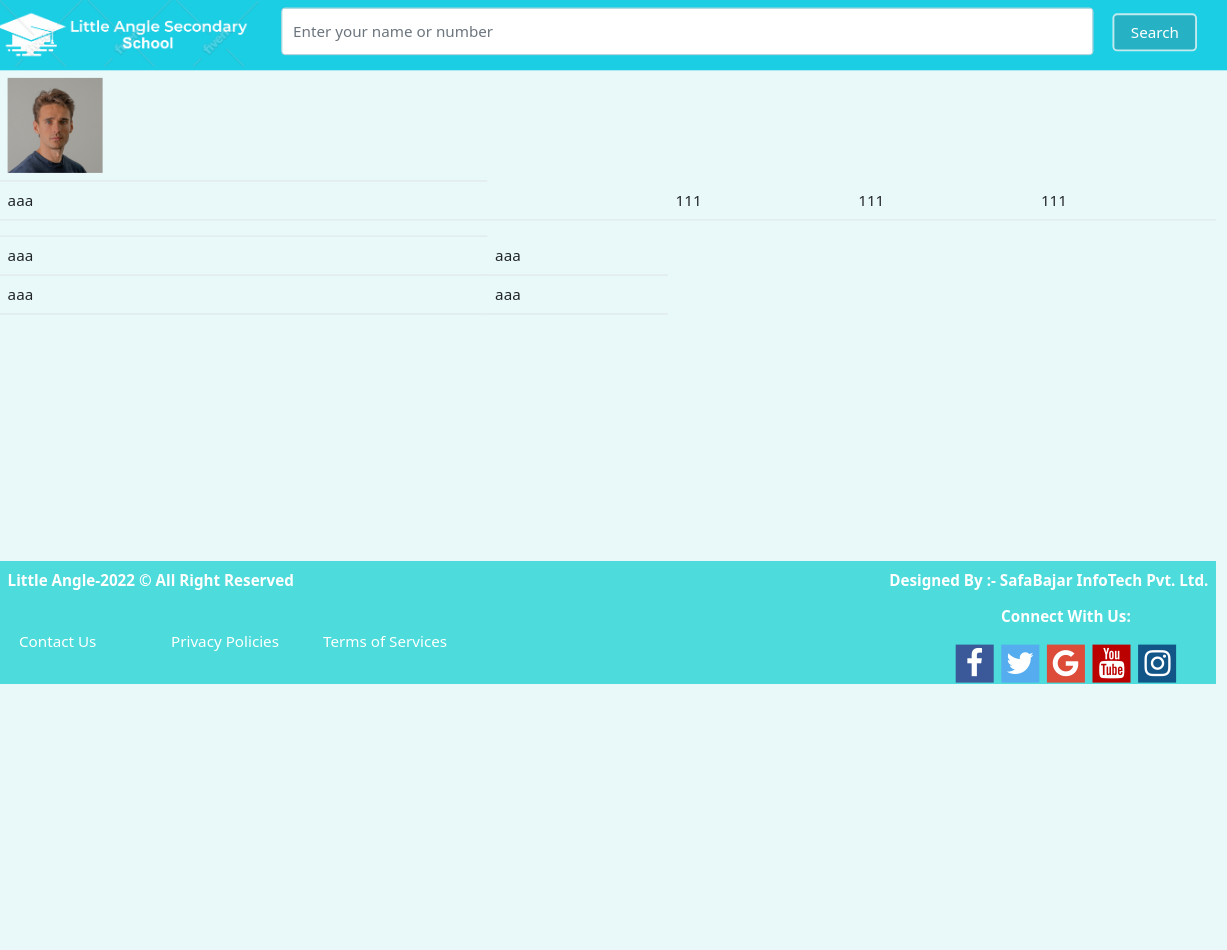
Repository: Sjuicyy/School-Project
Page: profilesview.html
An editor plug-in stored every save of this project. The page is shown before and after a run of saves, followed by the edit.
The browser window is 1280 px wide. The page is 1292 px wide, so the pictures cover 1292 px, including what lies to the right of the window. The pictures show the whole page, at 95% of full size.

Above is the page before, as saved 2022-09-22 11:50:36.

### profilesview.html
<!doctype html>
<html lang="en">

<head>
    <!-- Required meta tags -->
    <meta charset="utf-8">
    <meta name="viewport" content="width=device-width, initial-scale=1">

    <!-- Bootstrap CSS -->
    <link href="https://cdn.jsdelivr.net/npm/bootstrap@5.0.2/dist/css/bootstrap.min.css" rel="stylesheet"
        integrity="sha384-EVSTQN3/azprG1Anm3QDgpJLIm9Nao0Yz1ztcQTwFspd3yD65VohhpuuCOmLASjC" crossorigin="anonymous">

    <link rel="stylesheet" href="https://cdnjs.cloudflare.com/ajax/libs/font-awesome/4.7.0/css/font-awesome.min.css">


    <style>
        body {
            height: 1000px;
        }

        .navcol {
            background-color: rgb(28, 206, 228);
        }

        .row0 div {
            width: auto;
            display: flex;
        }

        .img {
            height: 70px;
            width: 100%;
        }

        .form-control {
            height: 50px;
        }


        .btn1 {
            background-color: rgb(38, 178, 196);
            color: white;
            height: 40px;
            width: 100px;
            margin: 20px;
            margin-top: 14px;
            border: 2px solid rgba(255, 255, 255, 0.715);
            border-radius: 5px;
        }

        .btn1:hover {
            background-color: rgba(0, 225, 255, 0);
            border: 2px solid white;
            outline: none;
        }

        .btn1:active {
            color: rgba(255, 255, 255, 0.667);
            border: 2px solid rgba(255, 255, 255, 0.533);
        }

        .footer {
            background-color: rgb(77, 219, 219);
            position: fixed;
            width: 100%;
            overflow: AUTO;
            color: rgb(255, 255, 255);
            bottom: 0;
        }

        .footer::-webkit-scrollbar {
            display: none;
        }


        .fb {

            width: 160px
        }

        .fa1 {
            font-size: xx-large;
            padding: 4px;
            margin: 2px;
            width: 40px;
            text-decoration: none;
        }

        .fa-facebook {
            background: #3B5998;
            color: white;
        }

        .fa-twitter {
            background: #55ACEE;
            color: white;
        }

        .fa-google {
            background: #dd4b39;
            color: white;
        }

        .fa-youtube {
            background: #bb0000;
            color: white;
        }

        .fa-instagram {
            background: #125688;
            color: white;
        }

        .red {
            border: 1px solid rgb(219, 77, 77);
        }

        .green {
            border: 1px solid rgb(2, 183, 255);
        }

        .yello {
            border: 1px solid rgb(193, 255, 6);
        }

        .btn2 {
            background-color: rgb(77, 219, 219);
            width: 400px;
        }

        .color {
            color: rgb(28, 206, 228);
        }

        .a {
            text-decoration: none;
            color: rgb(77, 219, 219);
        }

        .loginopt {
            background-color: rgb(255, 255, 255);
            color: rgb(28, 206, 228);
            border: 2px solid;
            width: 43px;
            border-radius: 100px;
            margin: 10px;
        }

        .loginopt:hover {
            color: #0c91f7;
        }

        .btn2:hover {
            background-color: #2a8bd0;
        }
    </style>
    <title>Little Angle School</title>
</head>

<body style="background-color:#99e6e335 ;>
    <!-- heading start -->
    <div class=" container-fluid text-center">
    <div class="row row0 navcol">
        <div class="col-3">
            <a href="pages.html">
                <img class="img" src="./school.png" alt="">
            </a>
        </div>
        <div class="col">
            <input class="form-control mt-2 " type="search" placeholder="Enter your name or number "
                aria-label="Search">
            <button class="btn1" type="submit">Search</button>
            </form>
        </div>
    </div>
    </div>
    <!-- heading end -->



    <!-- profile view body  -->




    <!-- <div class="container mt-4 w-75" style="border: 3px solid #0c91f7;">
        <div class="m-1">


        <div class="row">
            <div class="col-auto  ">
                <img src=" ./profile pic.jpg" width="100px" alt="">
            </div>
            <div class="col " style="">
                <div class="row mt-3 m-auto">
                    <div class="col-auto m-auto w-50 "><b>Name: </b>Shyam Joshi</div>
                    <div class="col-auto m-auto w-50 "><b> Email: </b>Sjuicyy@gmail.com</div>
                </div>
                <div class="row mt-3 m-auto">
                    <div class="col-auto m-auto w-50 "><B>DoB: </B>2055/04/31</div>
                    <div class="col-auto m-auto w-50 "><b>Mobile</b>: +977-9867867202</div>
                </div>
            </div>
            <div class="col-auto " style="overflow:hidden; width:100px">
                <div class="col mt-3 ">
                    <div class="btn btn-primary btn-sm  w-100">view</div>
                </div>
                <div class="col  mt-2">
                    <div class="btn btn-primary btn-sm  w-100">Edit</div>
                </div>
            </div>
        </div>

    </div>
    </div> -->



    <!-- // profile view body  -->





    <!-- another responsive table start -->










    <div class="table-responsive  text-nowrap">
        <table class="table table-hover ">
            <tbody class="table-border-bottom-0">
                <tr class="text-nowrap">
                    <td >
                        <img src="./profile pic.jpg" width="100px" alt="">
                        <tr>
                            <td colspan="2">aaa</td>
                            <td>111</td>
                            <td>111</td>
                            <td>111</td>
                        </tr>
                    </td>
                </tr>
                    <td>
                        <tr>
                            <td>aaa</td>
                            <td>aaa</td>

                        </tr>
                        <tr>
                            <td>aaa</td>
                            <td>aaa</td>
                        </tr>
                    </td>



                </tr>
            </tbody>
        </table>
    </div>
    <!-- another responsive table end -->








    <!-- footer start -->


    <div class="footer">
        <div class="row ">
            <div class="col mx-2 mt-2" style="text-align:left"> <b>Little Angle-2022 © All Right Reserved</b> </div>
            <div class="col mx-2 mt-2" style="text-align:right">
                <p> <b>Designed By :- SafaBajar InfoTech Pvt. Ltd.</b> </p>
            </div>
        </div>
        <div class="row mx-2">
            <div class="col-2  fb" style="text-align:left;margin-top:25px">Contact Us</div>
            <div class="col-2  fb" style="text-align:left;margin-top:25px">Privacy Policies</div>
            <div class="col-2  fb" style="text-align:left;margin-top:25px">Terms of Services</div>
            <div class="col  fb" style="text-align:left"></div>
            <div class="col-6 fb mt-2" style="text-align:center;width:300px">
                <p style="margin-top: -10px;"> <b>Connect With Us:</b> </p>
                <a href="https://www.facebook.com/search/top?q=safabazar%20private%20limited" class="fa fa1 fa-facebook"
                    style="text-align:center;margin-top:-10px"></a>
                <a href="#" class="fa fa1 fa-twitter"></a>
                <a href="#" class="fa fa1 fa-google"></a>
                <a href="#" class="fa fa1 fa-youtube"></a>
                <a href="#" class="fa fa1 fa-instagram"></a>
            </div>
        </div>

    </div>

    </div>

    </div>












    <!-- Optional JavaScript; choose one of the two! -->

    <!-- Option 1: Bootstrap Bundle with Popper -->
    <script src="https://cdn.jsdelivr.net/npm/bootstrap@5.0.2/dist/js/bootstrap.bundle.min.js"
        integrity="sha384-MrcW6ZMFYlzcLA8Nl+NtUVF0sA7MsXsP1UyJoMp4YLEuNSfAP+JcXn/tWtIaxVXM"
        crossorigin="anonymous"></script>

    <!-- Option 2: Separate Popper and Bootstrap JS -->
    <!--
    <script src="https://cdn.jsdelivr.net/npm/@popperjs/core@2.9.2/dist/umd/popper.min.js" integrity="sha384-IQsoLXl5PILFhosVNubq5LC7Qb9DXgDA9i+tQ8Zj3iwWAwPtgFTxbJ8NT4GN1R8p" crossorigin="anonymous"></script>
    <script src="https://cdn.jsdelivr.net/npm/bootstrap@5.0.2/dist/js/bootstrap.min.js" integrity="sha384-cVKIPhGWiC2Al4u+LWgxfKTRIcfu0JTxR+EQDz/bgldoEyl4H0zUF0QKbrJ0EcQF" crossorigin="anonymous"></script>
    -->
</body>

</html>

After the next 2 saves:
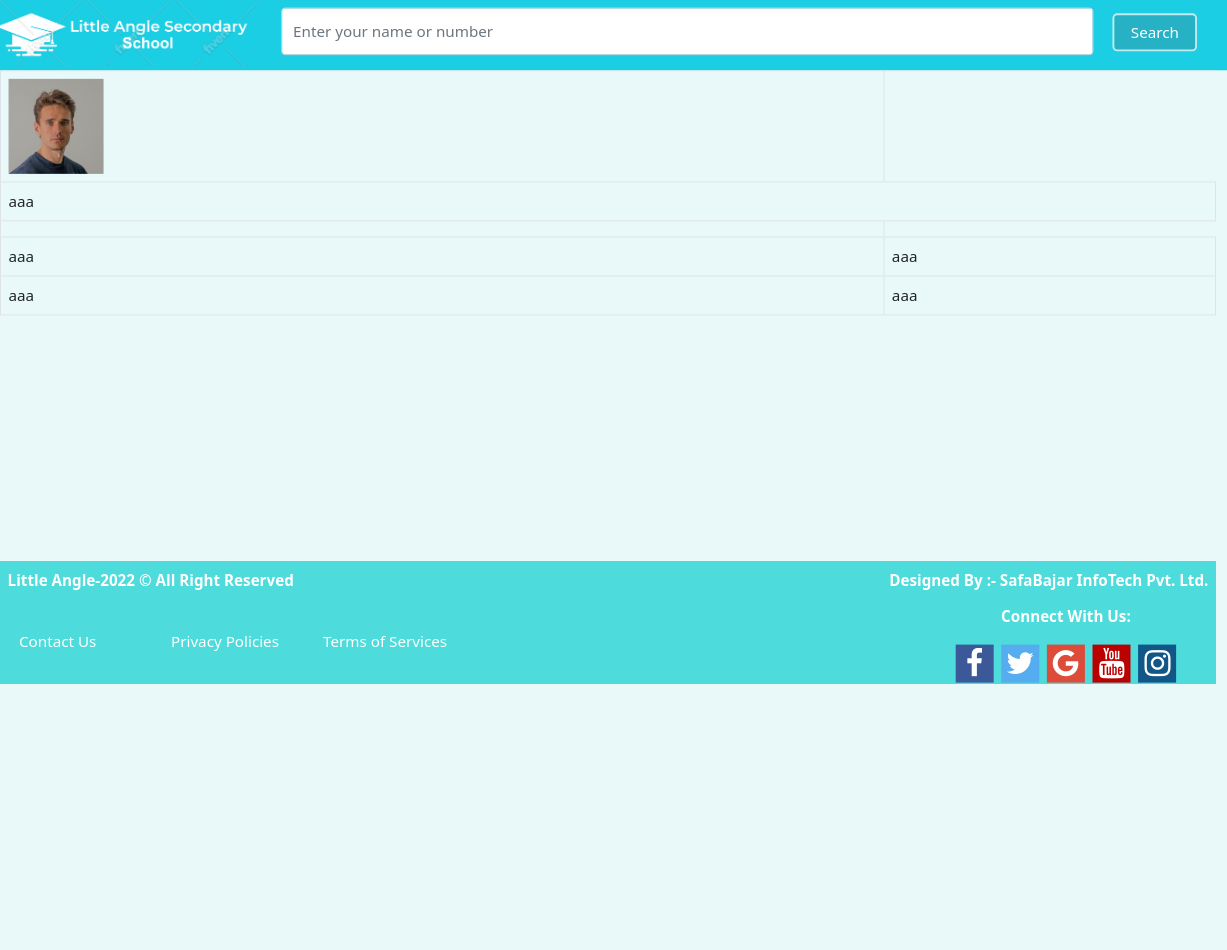
The 2 saves are shown as one change because they came seconds apart.
The last was saved 9 s later.
--- a/profilesview.html
+++ b/profilesview.html
@@ -234,16 +234,13 @@
 
 
     <div class="table-responsive  text-nowrap">
-        <table class="table table-hover ">
+        <table class="table table-hover table-bordered">
             <tbody class="table-border-bottom-0">
                 <tr class="text-nowrap">
                     <td >
                         <img src="./profile pic.jpg" width="100px" alt="">
                         <tr>
                             <td colspan="2">aaa</td>
-                            <td>111</td>
-                            <td>111</td>
-                            <td>111</td>
                         </tr>
                     </td>
                 </tr>
